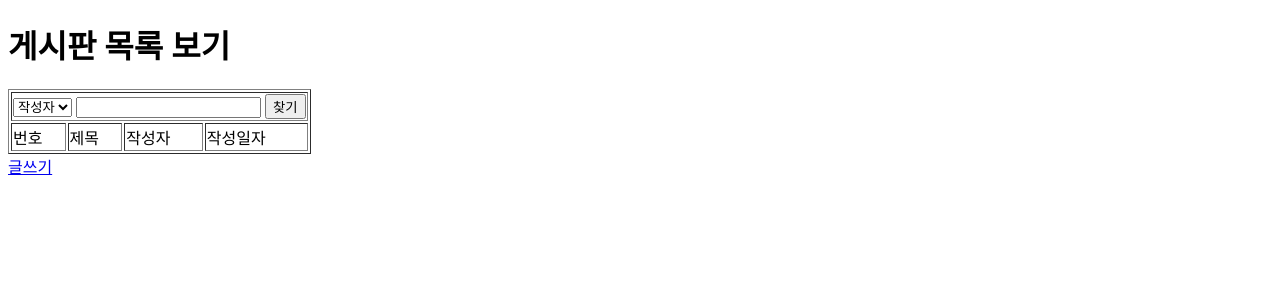
Repository: ryuhm48/Opensource-Project05
Page: http://localhost/Problems/Problems/ProblemList.jsp
An editor plug-in stored every save of this project. The page is shown before and after the next save, followed by the edit.
The browser window is 1280 px wide. The pictures show the whole page.
The page is served by Tomcat 9. Other server files are loaded and not shown.

Above is the page before, as saved 2019-06-02 01:12:48.

### 문제 풀이 제출 추가/Problems/WebContent/Problems/ProblemList.jsp
<%@ page language="java" contentType="text/html; charset=UTF-8"
pageEncoding="UTF-8"%>

<%@ page  import="Problem.ProblemDTO, java.util.ArrayList" %>
<%
	ArrayList<ProblemDTO> list = new ArrayList<ProblemDTO>();
%>
<!DOCTYPE html PUBLIC "-//W3C//DTD HTML 4.01Transitional//EN" "http://www.w3.org/TR/html4/loose.dtd">
<html>
<head>
<meta http-equiv="Content-Type" content = text/html; charset="UTF-8">
<title>Insert title here</title>
</head>
<body>
	<h1>게시판 목록 보기</h1>

	<table border="1">
		<tr>
			<td colspan = "5">
				<form action = "search.do">
					<select name = "searchName" size = "1">
						<option value = "author">작성자</option>
						<option value = "title">글제목</option>
					</select>
					<input type = "text" name = "searchValue">
					<input type = "submit" value = "찾기">
				</form>
			</td>
		</tr>
		<tr>
			<td>번호</td>
			<td>제목</td>
			<td>작성자</td>
			<td>작성일자</td>
			<%
				for(ProblemDTO dto : list)
				{
					out.println("<tr>");
					out.println("<td>"+dto.getProblemNum2()+"</td>");
					out.println("<td>"+dto.getProblemName()+"</td>");
					out.println("<td>"+dto.getWriterName()+"</td>");
					out.println("<td>"+dto.getProblemDate()+"</td>");
					out.println("</tr>");
				}
			%>
	</table>
	<a href = "writeui.do">글쓰기</a>
</body>
</html>

After the next save:
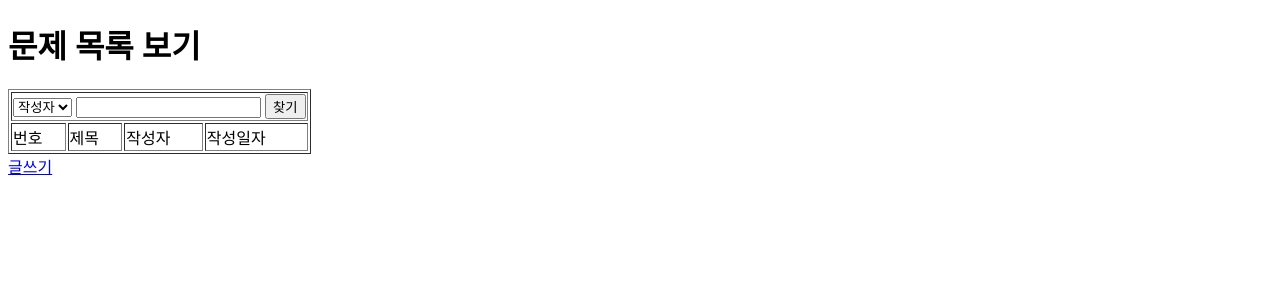
Saved 11 s later.
--- a/문제 풀이 제출 추가/Problems/WebContent/Problems/ProblemList.jsp
+++ b/문제 풀이 제출 추가/Problems/WebContent/Problems/ProblemList.jsp
@@ -12,7 +12,7 @@ pageEncoding="UTF-8"%>
 <title>Insert title here</title>
 </head>
 <body>
-	<h1>게시판 목록 보기</h1>
+	<h1>문제 목록 보기</h1>
 
 	<table border="1">
 		<tr>
